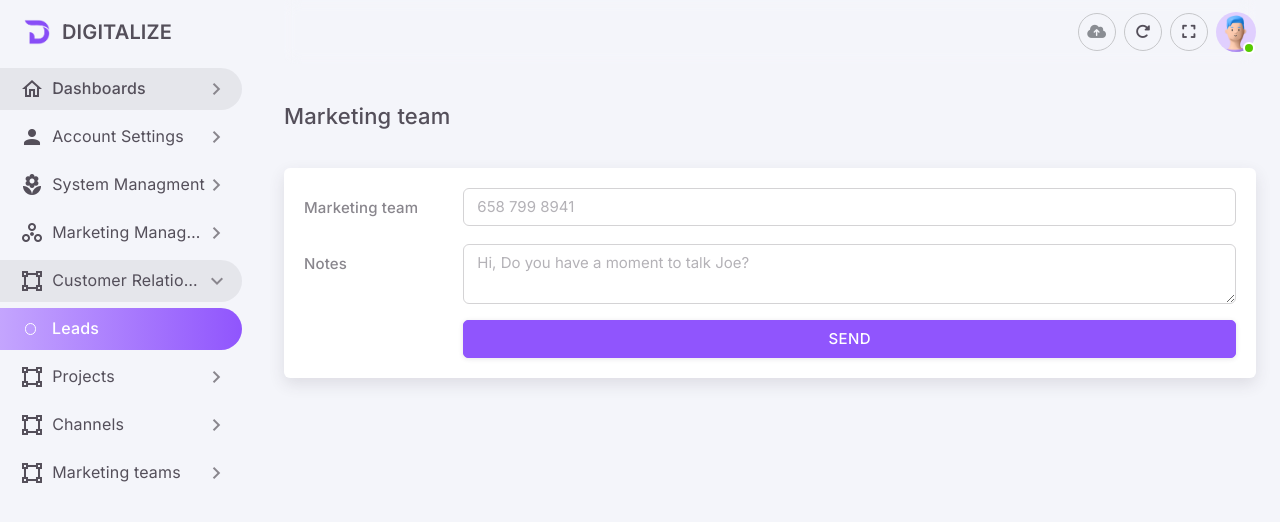
Repository: FadyFathey/sales-crm
Page: html/add-markting-team.html
These files come from the project's save history. The page is drawn as it stood at one moment and after the next save; the edit follows.
The browser window is 1280 px wide. The pictures show the whole page.
Some icons come from a web library that is not loaded, so they are not drawn. Some web libraries are served in a nearby version.

Above is the page before, as saved 2024-10-10 16:47:23.
Console error: ReferenceError: d3 is not defined

### html/add-markting-team.html
<!DOCTYPE html>

<html lang="en" class="light-style layout-menu-fixed layout-compact" dir="ltr" data-theme="theme-default"
    data-assets-path="../assets/" data-template="vertical-menu-template-free">

<head>
    <meta charset="utf-8" />
    <meta name="viewport"
        content="width=device-width, initial-scale=1.0, user-scalable=no, minimum-scale=1.0, maximum-scale=1.0" />

    <title>add markting team</title>

    <meta name="description" content="" />

    <!-- Favicon -->
    <link rel="icon" type="image/x-icon" href="../assets/img/favicon/favicon.ico" />

    <!-- Fonts -->
    <link rel="preconnect" href="https://fonts.googleapis.com" />
    <link rel="preconnect" href="https://fonts.gstatic.com" crossorigin />
    <link href="https://fonts.googleapis.com/css2?family=Inter:wght@300;400;500;600;700&ampdisplay=swap"
        rel="stylesheet" />

    <link rel="stylesheet" href="../assets/vendor/fonts/materialdesignicons.css" />

    <!-- Menu waves for no-customizer fix -->
    <link rel="stylesheet" href="../assets/vendor/libs/node-waves/node-waves.css" />

    <!-- Core CSS -->
    <link rel="stylesheet" href="../assets/vendor/css/core.css" class="template-customizer-core-css" />
    <link rel="stylesheet" href="../assets/vendor/css/theme-default.css" class="template-customizer-theme-css" />
    <link rel="stylesheet" href="../assets/css/demo.css" />

    <!-- Vendors CSS -->
    <link rel="stylesheet" href="../assets/vendor/libs/perfect-scrollbar/perfect-scrollbar.css" />
    <link rel="stylesheet" href="../assets/vendor/libs/apex-charts/apex-charts.css" />

    <!-- Page CSS -->

    <!-- Font Awesome -->
    <link rel="stylesheet" href="https://cdnjs.cloudflare.com/ajax/libs/font-awesome/6.6.0/css/all.min.css">

    <!-- Helpers -->
    <script src="../assets/vendor/js/helpers.js"></script>
    <!--! Template customizer & Theme config files MUST be included after core stylesheets and helpers.js in the <head> section -->
    <!--? Config:  Mandatory theme config file contain global vars & default theme options, Set your preferred theme option in this file.  -->
    <script src="../assets/js/config.js"></script>
</head>

<body>
    <!-- Layout wrapper -->
    <div class="layout-wrapper layout-content-navbar">
        <div class="layout-container">
            <!-- Menu -->

            <aside id="layout-menu" class="layout-menu menu-vertical menu bg-menu-theme">
                <div class="app-brand demo">
                    <a href="index.html" class="app-brand-link">
                        <span class="app-brand-logo demo me-1">
                            <span style="color: var(--bs-primary)">
                                <img src="../assets/img/logo/Logo.png" alt="Logo" width="26px" height="26px">
                            </span>
                        </span>
                        <span class="app-brand-text demo menu-text fw-semibold ms-2">Digitalize</span>
                    </a>

                    <a href="javascript:void(0);" class="layout-menu-toggle menu-link text-large ms-auto">
                        <i class="mdi menu-toggle-icon d-xl-block align-middle mdi-20px"></i>
                    </a>
                </div>

                <div class="menu-inner-shadow"></div>

                <ul class="menu-inner py-1">
                    <!-- Dashboards -->
                    <li class="menu-item active">
                        <a href="javascript:void(0);" class="menu-link menu-toggle">
                            <i class="menu-icon tf-icons mdi mdi-home-outline"></i>
                            <div data-i18n="Dashboards">Dashboards</div>
                        </a>
                        <ul class="menu-sub">
                            <li class="menu-item">
                                <a href="index.html" class="menu-link">
                                    <div data-i18n="Analytics">Analytics</div>
                                </a>
                            </li>
                            <li class="menu-item">
                                <a href="system-admin-dashboard.html" class="menu-link">
                                    <div data-i18n="Analytics">System Admin</div>
                                </a>
                            </li>
                            <li class="menu-item">
                                <a href="sales-admin.html" class="menu-link">
                                    <div data-i18n="Analytics">Sales Admin</div>
                                </a>
                            </li>
                            <li class="menu-item">
                                <a href="sales-dashboard.html" class="menu-link">
                                    <div data-i18n="Analytics">Sales</div>
                                </a>
                            </li>
                        </ul>
                    </li>

                    <!-- Pages -->
                    <li class="menu-item">
                        <a href="javascript:void(0);" class="menu-link menu-toggle">
                            <i class="menu-icon tf-icons mdi mdi-account"></i>
                            <div data-i18n="Account Settings">Account Settings</div>
                        </a>
                        <ul class="menu-sub">
                            <li class="menu-item">
                                <a href="pages-account-settings-account.html" class="menu-link">
                                    <div data-i18n="Account">Account</div>
                                </a>
                            </li>
                            <li class="menu-item">
                                <a href="pages-account-settings-notifications.html" class="menu-link">
                                    <div data-i18n="Notifications">Notifications</div>
                                </a>
                            </li>

                        </ul>
                    </li>

                    <li class="menu-item">
                        <a href="javascript:void(0);" class="menu-link menu-toggle">
                            <i class="menu-icon tf-icons mdi mdi-flower"></i>
                            <div data-i18n="Account Settings">System Managment</div>
                        </a>
                        <ul class="menu-sub">
                            <li class="menu-item">
                                <a href="app-user-list.html" class="menu-link">
                                    <div data-i18n="Account">Users</div>
                                </a>
                            </li>
                            <li class="menu-item">
                                <a href="user-groups.html" class="menu-link">
                                    <div data-i18n="Account">Groups</div>
                                </a>
                            </li>
                            <li class="menu-item ">
                                <a href="permission.html" class="menu-link">
                                    <div data-i18n="Account">Permissions</div>
                                </a>
                            </li>
                            <li class="menu-item">
                                <a href="side-menus.html" class="menu-link">
                                    <div data-i18n="Account">Side Menu</div>
                                </a>
                            </li>
                        </ul>
                    </li>

                    <li class="menu-item">
                        <a href="javascript:void(0);" class="menu-link menu-toggle">
                            <i class="menu-icon tf-icons mdi mdi-google-circles-extended"></i>
                            <div data-i18n="Account Settings">Marketing Managment</div>
                        </a>
                        <ul class="menu-sub">
                            <li class="menu-item">
                                <a href="campaign.html" class="menu-link">
                                    <div data-i18n="Account">Campaign</div>
                                </a>
                            </li>
                        </ul>
                    </li>

                    <li class="menu-item open">
                        <a href="javascript:void(0);" class="menu-link menu-toggle">
                            <i class="menu-icon tf-icons mdi mdi-vector-square"></i>
                            <div data-i18n="Account Settings">Customer Relationship Management</div>
                        </a>
                        <ul class="menu-sub">
                            <li class="menu-item active">
                                <a href="profile.html" class="menu-link">
                                    <div data-i18n="Account">Leads</div>
                                </a>
                            </li>
                        </ul>
                    </li>
                    <!-- projects -->
                    <li class="menu-item">
                        <a href="javascript:void(0);" class="menu-link menu-toggle">
                            <i class="menu-icon tf-icons mdi mdi-vector-square"></i>
                            <div data-i18n="Account Settings">Projects</div>
                        </a>

                        <ul class="menu-sub">
                            <li class="menu-item">
                                <a href="project.html" class="menu-link">
                                    <div data-i18n="Account">Add Project</div>
                                </a>
                            </li>
                        </ul>
                        <!-- project-list -->
                        <ul class="menu-sub">
                            <li class="menu-item">
                                <a href="project-list.html" class="menu-link">
                                    <div data-i18n="Account">Project-list</div>
                                </a>
                            </li>
                        </ul>
                    </li>
                    <!-- channels -->
                    <li class="menu-item">
                        <a href="javascript:void(0);" class="menu-link menu-toggle">
                            <i class="menu-icon tf-icons mdi mdi-vector-square"></i>
                            <div data-i18n="Account Settings">Channels</div>
                        </a>
                        <ul class="menu-sub">
                            <li class="menu-item">
                                <a href="add-channel.html" class="menu-link">
                                    <div data-i18n="Account">Add Channel</div>
                                </a>
                            </li>
                        </ul>
                        <!-- project-list -->
                        <ul class="menu-sub">
                            <li class="menu-item">
                                <a href="channel-list.html" class="menu-link">
                                    <div data-i18n="Account">Channel-list</div>
                                </a>
                            </li>
                        </ul>
                    </li>
                    <!-- Marketing teams -->
                    <li class="menu-item">
                        <a href="javascript:void(0);" class="menu-link menu-toggle">
                            <i class="menu-icon tf-icons mdi mdi-vector-square"></i>
                            <div data-i18n="Account Settings">Marketing teams</div>
                        </a>
                        <ul class="menu-sub">
                            <li class="menu-item">
                                <a href="add-markting-team.html" class="menu-link">
                                    <div data-i18n="Account">Add Marketing team</div>
                                </a>
                            </li>
                        </ul>
                        <ul class="menu-sub">
                            <li class="menu-item">
                                <a href="marketing-team-list.html" class="menu-link">
                                    <div data-i18n="Account">Marketing team-list</div>
                                </a>
                            </li>
                        </ul>
                    </li>
                </ul>
            </aside>
            <!-- / Menu -->

            <!-- Layout container -->
            <div class="layout-page">
                <!-- Navbar -->

                <nav class="layout-navbar container-xxl navbar navbar-expand-xl navbar-detached align-items-center bg-navbar-theme"
                    id="layout-navbar">
                    <div class="layout-menu-toggle navbar-nav align-items-xl-center me-3 me-xl-0 d-xl-none">
                        <a class="nav-item nav-link px-0 me-xl-4" href="javascript:void(0)">
                            <i class="mdi mdi-menu mdi-24px"></i>
                        </a>
                    </div>

                    <div class="navbar-nav-right d-flex align-items-center" id="navbar-collapse">
                        <!-- Search -->
                        <div class="navbar-nav align-items-center">

                        </div>
                        <!-- /Search -->

                        <ul class="navbar-nav flex-row align-items-center ms-auto" style="gap: 8px;">
                            <!-- Place this tag where you want the button to render. -->
                            <!-- User -->
                            <li class="nav-item navbar-dropdown dropdown-user dropdown">
                                <a class="btn rounded-pill btn-icon btn-outline-secondary waves-effect"
                                    href="upload-lead.html" target="_blank">
                                    <i class="fa-solid fa-cloud-arrow-up"></i>
                                </a>
                            </li>
                            <li class="nav-item navbar-dropdown dropdown-user dropdown">
                                <a class="btn rounded-pill btn-icon btn-outline-secondary waves-effect"
                                    id="reload-button">
                                    <i class="fa-solid fa-rotate-right"></i>
                                </a>
                            </li>
                            <li class="nav-item navbar-dropdown dropdown-user dropdown">
                                <a class="btn rounded-pill btn-icon btn-outline-secondary waves-effect"
                                    id="fullscreen-btn">
                                    <i class="fa-solid fa-expand"></i>
                                </a>
                            </li>
                            <!--/ User -->
                            <!-- User -->
                            <li class="nav-item navbar-dropdown dropdown-user dropdown">
                                <a class="nav-link dropdown-toggle hide-arrow p-0" href="javascript:void(0);"
                                    data-bs-toggle="dropdown">
                                    <div class="avatar avatar-online">
                                        <img src="../assets/img/avatars/1.png" alt
                                            class="w-px-40 h-auto rounded-circle" />
                                    </div>
                                </a>
                                <ul class="dropdown-menu dropdown-menu-end mt-3 py-2">
                                    <li>
                                        <a class="dropdown-item pb-2 mb-1" href="#">
                                            <div class="d-flex align-items-center">
                                                <div class="flex-shrink-0 me-2 pe-1">
                                                    <div class="avatar avatar-online">
                                                        <img src="../assets/img/avatars/1.png" alt
                                                            class="w-px-40 h-auto rounded-circle" />
                                                    </div>
                                                </div>
                                                <div class="flex-grow-1">
                                                    <h6 class="mb-0">John Doe</h6>
                                                    <small class="text-muted">Admin</small>
                                                </div>
                                            </div>
                                        </a>
                                    </li>
                                    <li>
                                        <div class="dropdown-divider my-1"></div>
                                    </li>

                                    <li>
                                        <a class="dropdown-item" href="#">
                                            <i class="mdi mdi-cog-outline me-1 mdi-20px"></i>
                                            <span class="align-middle">Settings</span>
                                        </a>
                                    </li>

                                    <li>
                                        <div class="dropdown-divider my-1"></div>
                                    </li>
                                    <li>
                                        <a class="dropdown-item" href="javascript:void(0);">
                                            <i class="mdi mdi-power me-1 mdi-20px"></i>
                                            <span class="align-middle">Log Out</span>
                                        </a>
                                    </li>
                                </ul>
                            </li>
                            <!--/ User -->
                        </ul>
                    </div>
                </nav>

                <!-- / Navbar -->

                <!-- Content wrapper -->
                <div class="content-wrapper">

                    <!-- Content -->
                    <div class="container-xxl flex-grow-1 container-p-y">
                        <h4 class="py-3 mb-4"><span class="text-muted fw-light"></span>Marketing team</h4>
                        <div class="row">
                            <!-- Basic Layout -->
                            <div class="col-xxl">
                                <div class="card mb-4">

                                    <div class="card-body">
                                        <form>
                                            <div class="row mb-3">
                                                <label class="col-sm-2 col-form-label" for="basic-default-phone">
                                                    Marketing team</label>
                                                <div class="col-sm-10">
                                                    <input type="text" id="basic-default-phone"
                                                        class="form-control phone-mask" placeholder="658 799 8941"
                                                        aria-label="658 799 8941"
                                                        aria-describedby="basic-default-phone" />
                                                </div>
                                            </div>
                                            <div class="row mb-3">
                                                <label class="col-sm-2 col-form-label"
                                                    for="basic-default-message">Notes</label>
                                                <div class="col-sm-10">
                                                    <textarea id="basic-default-message" class="form-control"
                                                        placeholder="Hi, Do you have a moment to talk Joe?"
                                                        aria-label="Hi, Do you have a moment to talk Joe?"
                                                        aria-describedby="basic-icon-default-message2"></textarea>
                                                </div>
                                            </div>
                                            <div class="row justify-content-end ">
                                                <div class="col-sm-10">
                                                    <button type="submit" class="btn btn-primary w-100">Send</button>
                                                </div>
                                            </div>
                                        </form>
                                    </div>
                                </div>
                            </div>
                        </div>
                    </div>
                    <!-- / Content -->
                    <div class="content-backdrop fade"></div>
                </div>
                <!-- Content wrapper -->
            </div>
            <!-- / Layout page -->
        </div>

        <!-- Overlay -->
        <div class="layout-overlay layout-menu-toggle"></div>
    </div>
    <!-- / Layout wrapper -->

    <!-- Core JS -->
    <!-- build:js assets/vendor/js/core.js -->
    <script src="../assets/vendor/libs/jquery/jquery.js"></script>
    <script src="../assets/vendor/libs/popper/popper.js"></script>
    <script src="../assets/vendor/js/bootstrap.js"></script>
    <script src="../assets/vendor/libs/node-waves/node-waves.js"></script>
    <script src="../assets/vendor/libs/perfect-scrollbar/perfect-scrollbar.js"></script>
    <script src="../assets/vendor/js/menu.js"></script>

    <!-- endbuild -->

    <!-- Vendors JS -->
    <script src="../assets/vendor/libs/apex-charts/apexcharts.js"></script>

    <!-- Main JS -->
    <script src="../assets/js/main.js"></script>

    <!-- Page JS -->
    <script src="../assets/js/dashboards-analytics.js"></script>

    <!-- Place this tag in your head or just before your close body tag. -->
    <script async defer src="https://buttons.github.io/buttons.js"></script>
</body>

</html>

Loaded but not shown: assets/vendor/fonts/materialdesignicons.css (library); assets/vendor/libs/node-waves/node-waves.css (library); assets/vendor/css/core.css (library); assets/vendor/css/theme-default.css (library); assets/vendor/libs/perfect-scrollbar/perfect-scrollbar.css (library); assets/vendor/libs/apex-charts/apex-charts.css (library); assets/vendor/js/helpers.js (library); assets/vendor/libs/jquery/jquery.js (library); assets/vendor/libs/popper/popper.js (library); assets/vendor/js/bootstrap.js (library); assets/vendor/libs/node-waves/node-waves.js (library); assets/vendor/libs/perfect-scrollbar/perfect-scrollbar.js (library); assets/vendor/js/menu.js (library); assets/vendor/libs/apex-charts/apexcharts.js (library); assets/js/dashboards-analytics.js (443 lines, source omitted); assets/js/main.js (244 lines, source omitted); assets/js/config.js (30 lines, source omitted); assets/css/demo.css (185 lines, source omitted)

After the next save:
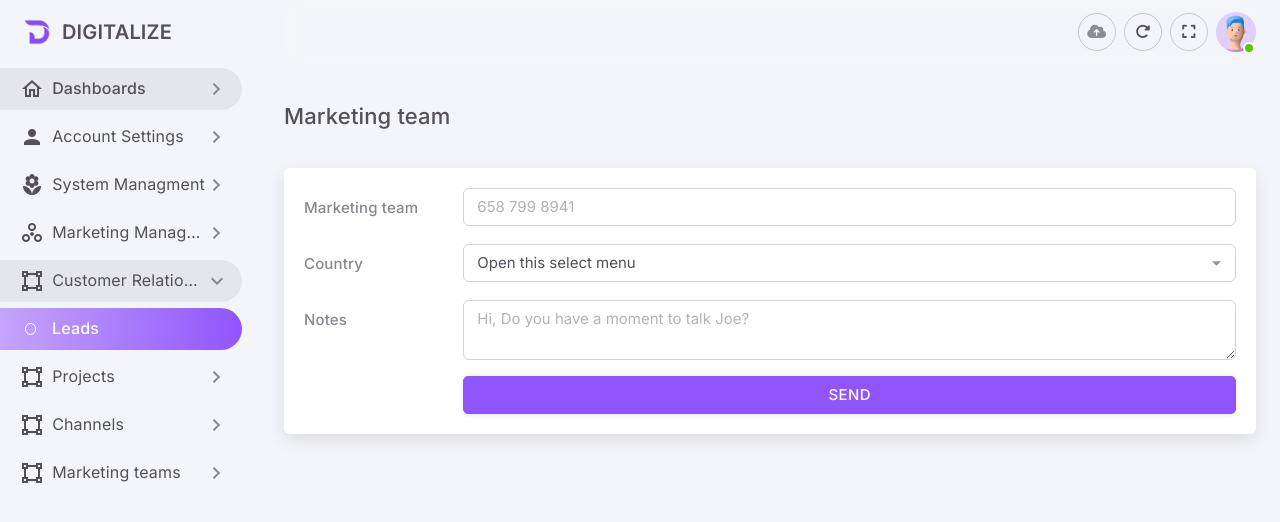
Saved 3 min 25 s later.
--- a/html/add-markting-team.html
+++ b/html/add-markting-team.html
@@ -367,6 +367,20 @@
                                                         aria-label="658 799 8941"
                                                         aria-describedby="basic-default-phone" />
                                                 </div>
+                                            </div>
+                                            <div class="row mb-3">
+                                                <label class="col-sm-2 col-form-label"
+                                                    for="exampleFormControlSelect1">Country</label>
+                                                <div class="col-sm-10">
+                                                    <select class="form-select" id="exampleFormControlSelect1"
+                                                        aria-label="Countries">
+                                                        <option selected>Open this select menu</option>
+                                                        <option value="1">One</option>
+                                                        <option value="2">Two</option>
+                                                        <option value="3">Three</option>
+                                                    </select>
+                                                </div>
+
                                             </div>
                                             <div class="row mb-3">
                                                 <label class="col-sm-2 col-form-label"
